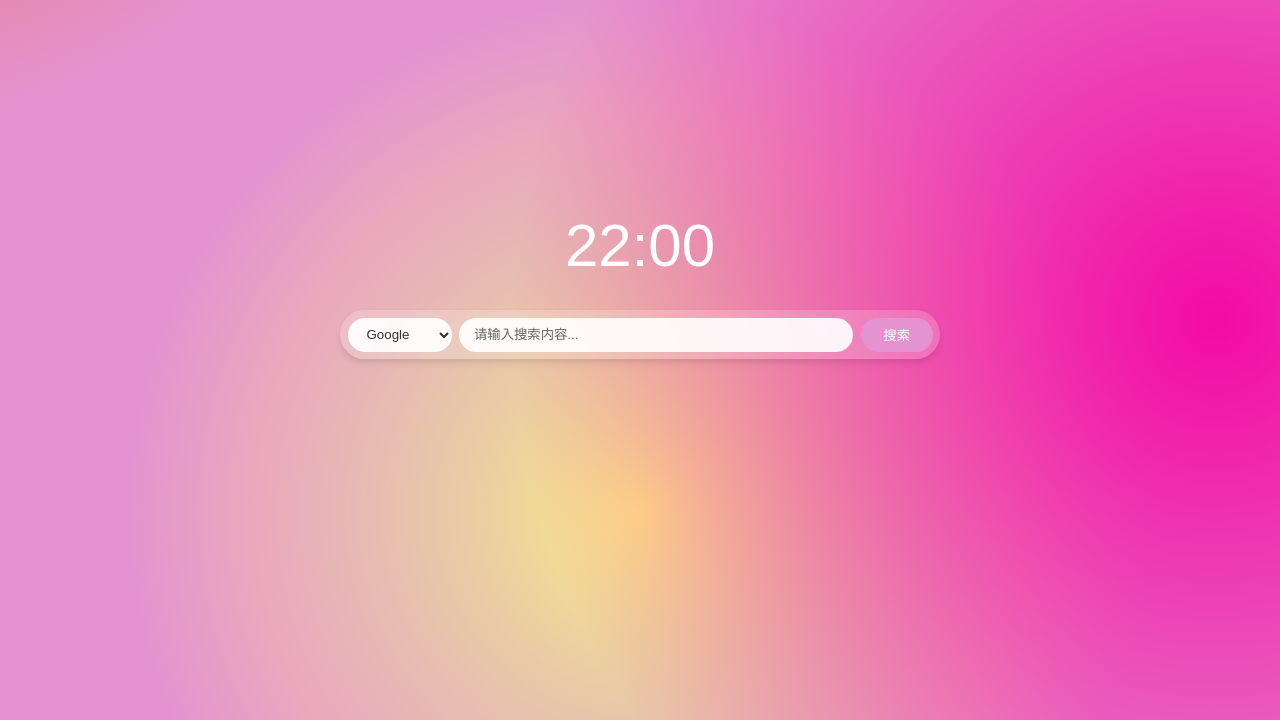
Repository: RADEKWRLD/NaviR
Page: index.html
These files come from the project's save history. The page is drawn as it stood at one moment and after the next save; the edit follows.
The browser window is 1280 px wide. The pictures show the whole page.

Above is the page before, as saved 2025-05-23 22:18:13.

### index.html
<!DOCTYPE html>
<html lang="en">
<head>
    <meta charset="UTF-8">
    <meta name="viewport" content="width=device-width, initial-scale=1.0">
    <title>Document</title>
    <link rel="stylesheet" href="style.css">
</head>
<body>
    <div id="main">
        <div id="clock"><span>00:00</span></div>

        <div class="search-container">
            <form id="search-form">
                <select id="search-engine" class="search-engine">
                </select>
                <input type="text" id="search-input" placeholder="请输入搜索内容...">
                <button type="submit">搜索</button>
            </form>
        </div>
    </div>




    <script src="main/script.js"></script>
</body>
</html>

### style.css
:root {
    font-size: 15px;
}

body {
    font-family: 'Quicksand', sans-serif;
    margin: 0;
    min-height: 100vh;
    background-color: #e493d0;
    background-image:
        radial-gradient(closest-side, rgba(235, 105, 78, 1), rgba(235, 105, 78, 0)),
        radial-gradient(closest-side, rgba(243, 11, 164, 1), rgba(243, 11, 164, 0)),
        radial-gradient(closest-side, rgba(254, 234, 131, 1), rgba(254, 234, 131, 0)),
        radial-gradient(closest-side, rgba(170, 142, 245, 1), rgba(170, 142, 245, 0)),
        radial-gradient(closest-side, rgba(248, 192, 147, 1), rgba(248, 192, 147, 0));
    background-size:
        130vmax 130vmax,
        80vmax 80vmax,
        90vmax 90vmax,
        110vmax 110vmax,
        90vmax 90vmax;
    background-position:
        -80vmax -80vmax,
        60vmax -30vmax,
        10vmax 10vmax,
        -30vmax -10vmax,
        50vmax 50vmax;
    background-repeat: no-repeat;
    animation: 10s movement linear infinite;
}

@keyframes movement {
    0%, 100% {
        background-size:
            130vmax 130vmax,
            80vmax 80vmax,
            90vmax 90vmax,
            110vmax 110vmax,
            90vmax 90vmax;
        background-position:
            -80vmax -80vmax,
            60vmax -30vmax,
            10vmax 10vmax,
            -30vmax -10vmax,
            50vmax 50vmax;
    }
    25% {
        background-size:
            100vmax 100vmax,
            90vmax 90vmax,
            100vmax 100vmax,
            90vmax 90vmax,
            60vmax 60vmax;
        background-position:
            -60vmax -90vmax,
            50vmax -40vmax,
            0vmax -20vmax,
            -40vmax -20vmax,
            40vmax 60vmax;
    }
    50% {
        background-size:
            80vmax 80vmax,
            110vmax 110vmax,
            80vmax 80vmax,
            60vmax 60vmax,
            80vmax 80vmax;
        background-position:
            -50vmax -70vmax,
            40vmax -30vmax,
            10vmax 0vmax,
            20vmax 10vmax,
            30vmax 70vmax;
    }
    75% {
        background-size:
            90vmax 90vmax,
            90vmax 90vmax,
            100vmax 100vmax,
            90vmax 90vmax,
            70vmax 70vmax;
        background-position:
            -50vmax -40vmax,
            50vmax -30vmax,
            20vmax 0vmax,
            -10vmax 10vmax,
            40vmax 60vmax;
    }
}

#main{
    transition: all 0.3s ease;
    transform: translateY(-5rem);
    display: flex;
    flex-direction: column;
    align-items: center;
    justify-content: center;
    height: 100vh;
}

#clock{
    font-size: 4rem;
    color: #fff;
}

.search-container {
    margin-top: 2rem;
    width: 100%;
    max-width: 600px;
    padding: 0 1rem;
}

#search-form {
    display: flex;
    gap: 0.5rem;
    background: rgba(255, 255, 255, 0.2);
    padding: 0.5rem;
    border-radius: 50px;
    backdrop-filter: blur(10px);
    box-shadow: 0 4px 6px rgba(0, 0, 0, 0.1);
}

.search-engine {
    padding: 0.5rem 1rem;
    border: none;
    border-radius: 25px;
    background: rgba(255, 255, 255, 0.9);
    color: #333;
    font-family: 'Quicksand', sans-serif;
    cursor: pointer;
    outline: none;
}

#search-input {
    flex: 1;
    padding: 0.5rem 1rem;
    border: none;
    border-radius: 25px;
    background: rgba(255, 255, 255, 0.9);
    color: #333;
    font-family: 'Quicksand', sans-serif;
    outline: none;
}

#search-input::placeholder {
    color: #666;
}

#search-form button {
    padding: 0.5rem 1.5rem;
    border: none;
    border-radius: 25px;
    background: #e493d0;
    color: white;
    font-family: 'Quicksand', sans-serif;
    cursor: pointer;
    transition: background-color 0.3s ease;
}

#search-form button:hover {
    background: #d17dbd;
}

### main/script.js
//更新时间
function updateTime() {
    const now = new Date();
    const hours = String(now.getHours()).padStart(2, '0');
    const minutes = String(now.getMinutes()).padStart(2, '0');
    const timeString = `${hours}:${minutes}`;
    document.getElementById('clock').textContent = timeString;
}

// 搜索引擎配置
const searchEngines = {
    google: {
        name: 'Google',
        url: 'https://www.google.com/search?q='
    },
    bing: {
        name: 'Bing',
        url: 'https://www.bing.com/search?q='
    },
    baidu: {
        name: '百度',
        url: 'https://www.baidu.com/s?wd='
    },
    bingcn: {
        name: '必应中国',
        url: 'https://cn.bing.com/search?q='
    },
    github: {
        name: 'GitHub',
        url: 'https://github.com/search?q='
    },
    zhihu: {
        name: '知乎',
        url: 'https://www.zhihu.com/search?q='
    }
};

// 初始化搜索功能
function initSearch() {
    const searchForm = document.getElementById('search-form');
    const searchInput = document.getElementById('search-input');
    const searchEngine = document.getElementById('search-engine');

    // 动态添加搜索引擎选项
    for (const [key, engine] of Object.entries(searchEngines)) {
        const option = document.createElement('option');
        option.value = key;
        option.textContent = engine.name;
        searchEngine.appendChild(option);
    }

    searchForm.addEventListener('submit', function(e) {
        e.preventDefault();
        const searchTerm = searchInput.value.trim();
        if (searchTerm) {
            const engine = searchEngine.value;
            const searchUrl = searchEngines[engine].url + encodeURIComponent(searchTerm);
            window.location.href = searchUrl;
        }
    });
}





function init() {
    updateTime();
    setInterval(updateTime, 1000);
    // 搜索框事件监听
    initSearch();
}
init();

After the next save:
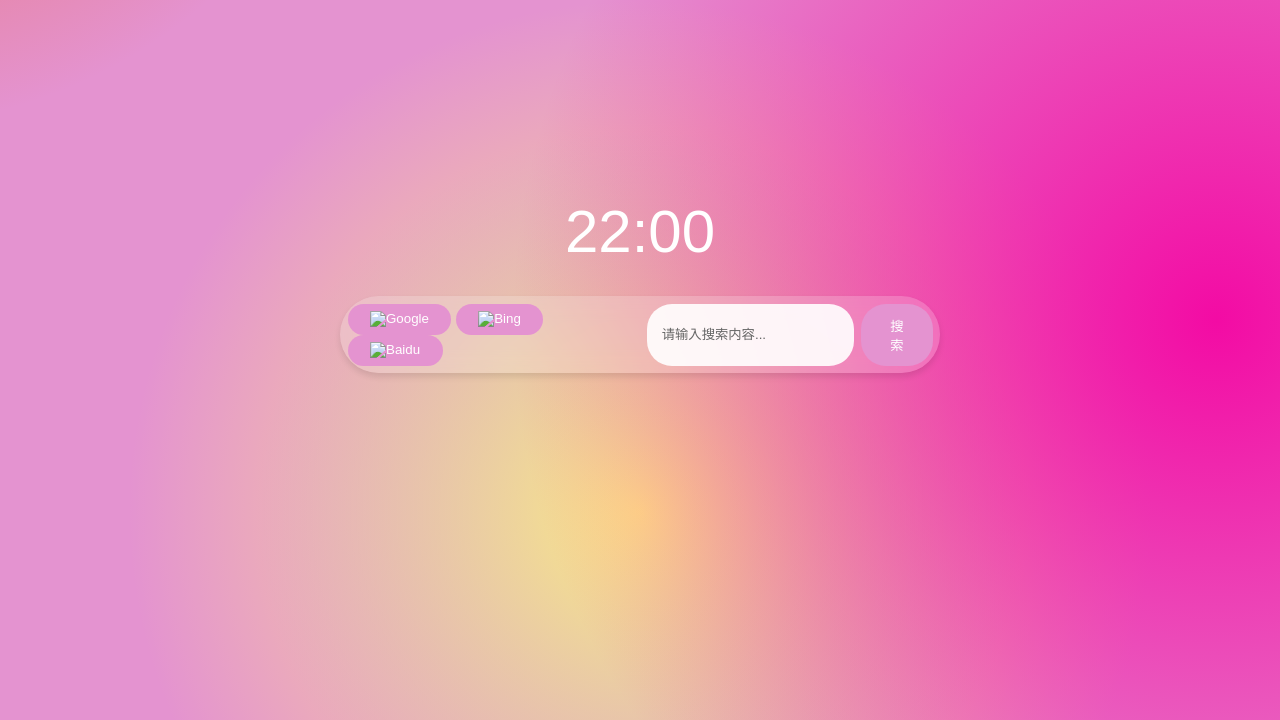
Console error: TypeError: Cannot read properties of null (reading 'appendChild')
Saved 58 s later.
--- a/index.html
+++ b/index.html
@@ -12,8 +12,17 @@
 
         <div class="search-container">
             <form id="search-form">
-                <select id="search-engine" class="search-engine">
-                </select>
+                <div class="search-engines">
+                    <button type="button" class="engine-btn active" data-engine="google">
+                        <img src="https://www.google.com/favicon.ico" alt="Google">
+                    </button>
+                    <button type="button" class="engine-btn" data-engine="bing">
+                        <img src="https://www.bing.com/favicon.ico" alt="Bing">
+                    </button>
+                    <button type="button" class="engine-btn" data-engine="baidu">
+                        <img src="https://www.baidu.com/favicon.ico" alt="Baidu">
+                    </button>
+                </div>
                 <input type="text" id="search-input" placeholder="请输入搜索内容...">
                 <button type="submit">搜索</button>
             </form>
